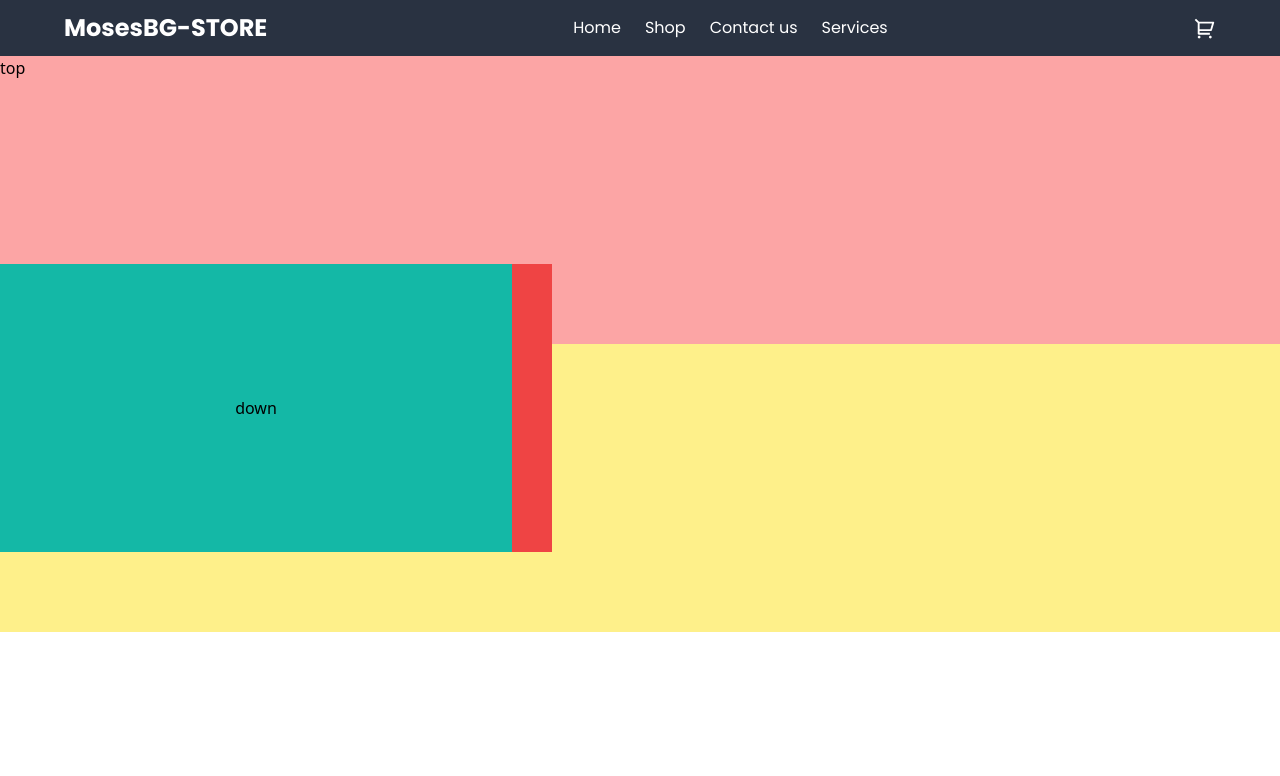
Repository: moshebengan/cart
Page: /fake-store/contact-us
The author's editor kept a copy of each file at every save. The page is drawn from the files as they stood at one save, then again after the next save.
The browser window is 1280 px wide. The pictures show the whole page.
The project was rebuilt for these pictures with package versions that can differ from the ones it lists, and the page was loaded fresh each time. Also part of the build but not shown: vite.config.js, src/components/Error.jsx, src/utils/data.js, src/utils/apiCalls.js, src/components/Loading.jsx, src/components/Products.jsx, src/components/Footer.jsx, src/pages/HomePage.jsx and 5 more.

Above is the page before, as saved 2024-09-15 15:36:23.

After the next save:
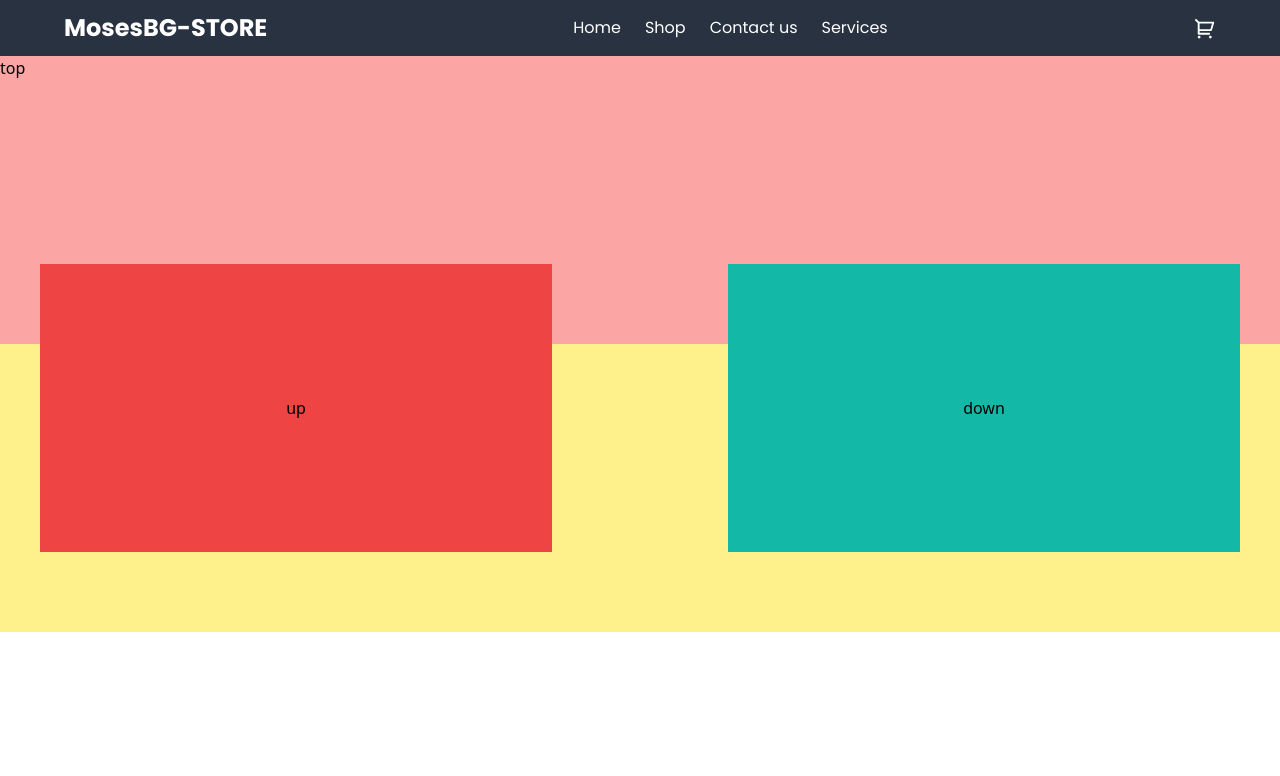
Saved 12 s later.
--- a/src/pages/ContactUs.jsx
+++ b/src/pages/ContactUs.jsx
@@ -6,7 +6,7 @@ const ContactUs = () => {
       <div className="w-full h-[40%] bg-red-300">top</div>
       <div className="w-full h-[40%] bg-yellow-200 flex flex-row relative">
         <div className="absolute ml-10 w-2/5 h-full bg-red-500 left-0  -top-20 flex items-center justify-center" >up</div>
-        <div className="absolute mr-10 w-2/5 h-full bg-teal-500 -top-20 flex items-center justify-center">down</div>
+        <div className="absolute mr-10 w-2/5 h-full bg-teal-500 right-0 -top-20 flex items-center justify-center">down</div>
         {/* <div className="absolute -top-10 left-10 bg-yellow-300 flex-initial w-64">left</div>
         <div className="absolute -top-10 right-10 bg-pink-400 flex-initial w-32 ">right</div> */}
       </div>
